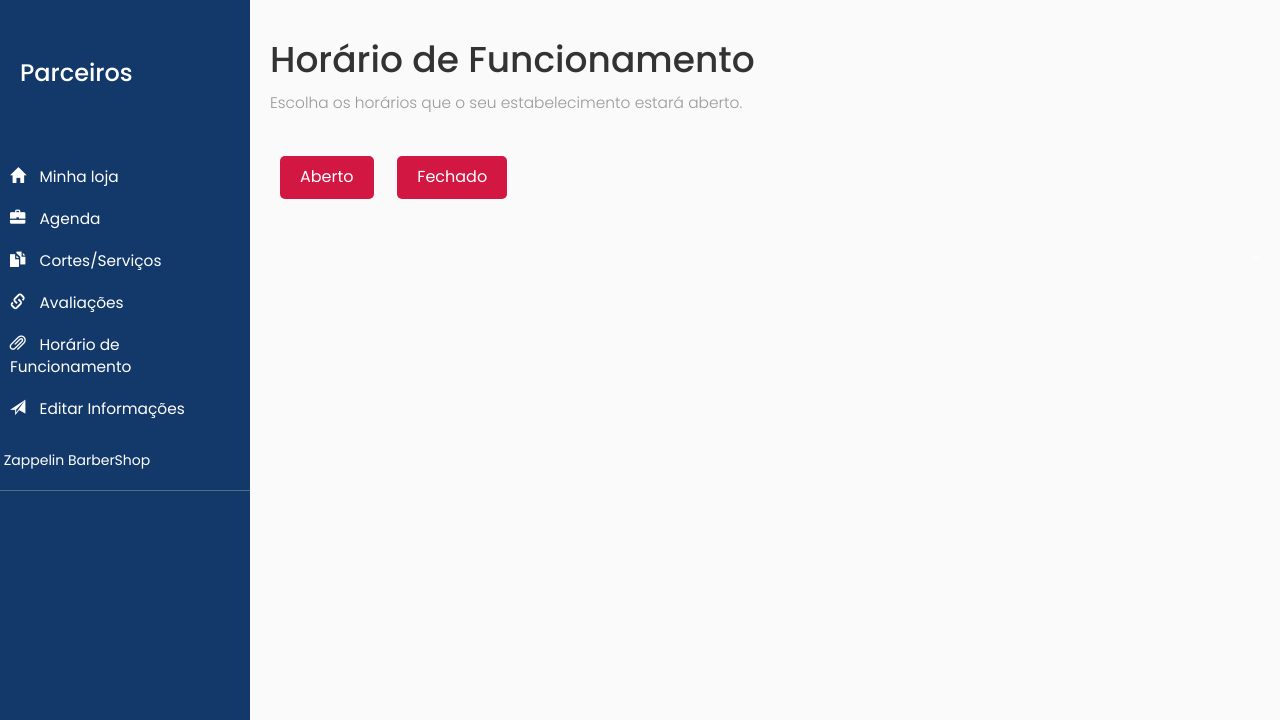
Repository: aquilesascar/barberconnect
Page: http://localhost/horario.php
The author's editor kept a copy of each file at every save. The page is drawn from the files as they stood at one save, then again after a run of saves.
The browser window is 1280 px wide. The pictures show the whole page.
The pointer rests on the first visible `button`.
The page is run by PHP 8.4 with error messages shown; the project is at /var/www/html/.

Above is the page before, as saved 2023-10-09 14:21:24.

### horario.php
<!DOCTYPE html>
<html lang="en">

<head>
    <meta charset="UTF-8">
    <meta http-equiv="X-UA-Compatible" content="IE=edge">
    <meta name="viewport" content="width=device-width, initial-scale=1.0">
    <title>Document</title>

    <!-- Bootstrap CSS CDN -->
    <link rel="stylesheet" href="https://maxcdn.bootstrapcdn.com/bootstrap/3.3.7/css/bootstrap.min.css">
    <!-- Our Custom CSS -->
    <link rel="stylesheet" href="../TCC/assets/css/style4.css">
    <style>


    </style>

</head>

<body>
    <div class="wrapper">
        <?php
        //INCLUSÃO DO MENU
        include_once('menu.php');
        ?>
        <div id="content">

            <h1>Horário de Funcionamento</h1>
            <p>Escolha os horários que o seu estabelecimento estará aberto.</p>
            <br>

            <button id="botao1" onclick="selecionarBotao(1)">Aberto</button>

            <button id="botao2" onclick="selecionarBotao(2)">Fechado</button>

            <style>
                #botao1,
                #botao2 {
                    background-color: #D21742;
                    border: none;
                    color: white;
                    padding: 10px 20px;
                    text-align: center;
                    text-decoration: none;
                    display: inline-block;
                    font-size: 16px;
                    margin: 10px;
                    cursor: pointer;
                    border-radius: 5px;


                }

                #botao1.disabled,
                #botao2.disabled {
                    background-color: gray;
                    /* Cor de fundo cinza para botões desativados */
                    cursor: not-allowed;
                    /* Cursor de não permitido quando desativado */
                }
            </style>


        </div>
    </div>

    <script>
        function selecionarBotao(botaoSelecionado) {
            if (botaoSelecionado === 1) {
                document.getElementById('botao1').classList.add('disabled');
                document.getElementById('botao2').classList.remove('disabled');
            } else if (botaoSelecionado === 2) {
                document.getElementById('botao2').classList.add('disabled');
                document.getElementById('botao1').classList.remove('disabled');
            }
        }
    </script>



</body>

</html>

### menu.php
<nav id="sidebar">
    <div class="sidebar-header">
        <h3>Parceiros</h3>
        <strong>BC</strong>
    </div>

    <ul class="list-unstyled components">
        <li>
            <a href="index4.php">
                <i class="glyphicon glyphicon-home"></i>
                Minha loja
            </a>

        </li>
        <li>
            <a href="agenda.php">
                <i class="glyphicon glyphicon-briefcase"></i>
                Agenda
            </a>

            <a href="corteclassico.php" aria-expanded="false">
                <i class="glyphicon glyphicon-duplicate"></i>
                Cortes/Serviços
            </a>
        </li>
        <li>
            <a href="avaliacoes.php">
                <i class="glyphicon glyphicon-link"></i>
                Avaliações
            </a>
        </li>
        <li>
            <a href="horario.php">
                <i class="glyphicon glyphicon-paperclip"></i>
                Horário de Funcionamento
            </a>
        </li>
        <li>
            <a href="#">
                <i class="glyphicon glyphicon-send"></i>
                Editar Informações
            </a>
        </li>
        <li>
            <a href="#"></a>
            <i class="glyphicon glyphicon-logout"></i>
            Zappelin BarberShop
        </li>
    </ul>

</nav>

### assets/css/style4.css
@import "https://fonts.googleapis.com/css?family=Poppins:300,400,500,600,700";

.form-check form-switch {
    text-align: justify;
}

h2 {
    padding-top: 20px;
}

h3 {
    padding-bottom: 20px;
    padding-top: 20px;
}

#sidebarCollapse {
    display: flex;
    align-items: center;
    justify-content: center;
}

#sidebarCollapse:hover {

    background-color: #05234b;
    color: white;
    align-items: center;
}

#lorem{
    color: #fafafa;
    font-size: 14px;
    user-select: none; /* Evita a seleção de texto */
    cursor: default;   /* Mantém o cursor padrão */
}


.coverImg {
    display: flex;
    justify-content: center;
}

.cover {
    border-radius: 8px;
}

.images {
    padding-bottom: 6% !important;
}

.linha{
    padding-bottom: 3%;
}

.filtros button {
    align-items: center !important;
    justify-content: center;
    border-radius: 25px !important;
    padding: 5px 17px;
    background-color: transparent;
    border-color: #8c8c8c !important;
    color: #8c8c8c;
    font-size: 16px !important;
    margin-right: 20px;
    font-weight: 450;
}

.filtros button:hover {
    background-color: transparent !important;
    /* Remove a mudança de cor de fundo */
    border-color: #6a6a6a !important;
    /* Remove a mudança de cor da borda */
    color: #6a6a6a !important;
    /* Remove a mudança de cor do texto */
}

.btn-primary {
    align-items: center !important;
    justify-content: center;
    border-radius: 5px !important;
    background-color: transparent;
    border-color: #080808 !important;
    color: #8c8c8c;
    font-size: 13px;
    margin-right: 20px;
    font-weight: 450;
}

.btn-primary:hover {
    background-color: transparent !important;
    /* Remove a mudança de cor de fundo */
    border-color: #6a6a6a !important;
    /* Remove a mudança de cor da borda */
    color: #6a6a6a !important;
    /* Remove a mudança de cor do texto */
}

.filtros {
    padding-bottom: 1%;

}

.divForm {
    margin-left: 10%;
    margin-right: 10%;
    border-radius: 6px;
    background-color: white;
    position: relative;
}

.divTable {
    border-radius: 6px;
    background-color: white;
    position: relative;
    box-shadow: 0 4px 8px 0 rgba(0, 0, 0, 0.2);
}

.divTable table {
    width: 100%;
    border-collapse: collapse;
    font-family: Arial, sans-serif;
}

.divTable th {
    background-color: #13396B;
    color: white;
    padding: 10px;
    text-align: center;
}

.divTable td {
    padding: 18px;
    text-align: center;
    border-bottom: 1px solid #ddd;
}

.divTable tr:hover {
    background-color: #f5f5f5;
}

.divTable caption {
    caption-side: top;
    text-align: center;
    font-weight: bold;
}


.barberItem {
    box-sizing: border-box;
    width: calc(100% / 3 - 10px);
    height: 200px;
    display: inline-block;
    position: relative;
    border-radius: 15px; /* Adiciona bordas arredondadas */
    box-shadow: 0 4px 8px 0 rgba(0,0,0,0.2); /* Adiciona sombra */
    transition: transform 0.4s ease, box-shadow 0.2s ease;
    background-color: #ffffff; /* Adiciona cor de fundo */
    padding: 10px 20px;
    margin-right: 6px;
    margin-bottom: 20px; /* Espaçamento entre as linhas */
}

.barberItem:hover {
    border-color: #6a6a6a !important;
    cursor: pointer;
}

.barberItem p {
    padding-left: 15%;
    font-size: 20px !important;
    padding-bottom: 20% !important;
    display: inline-block !important;
}

.barberText {
    margin-left: 85px;
    font-size: 24px;
    align-items: center;
    position: relative;
    top: -78px;
}

.description {
    padding-top: 4%;
}

.itemDescription {
    color: #8c8c8c;
    display: block;
    padding-bottom: 5%;
}

.price {
    padding-top: 5%;
    font-weight: 700;
    font-size: 20px;
}

.infos {
    position: relative;
    top: -1px;
    display: flex;
    justify-content: space-between;
    /* Isso substituirá a necessidade de float: right; */
}

.rightInfo {
    clear: both;
}

.itemName {
    font-size: 20px;
    font-weight: 600;
    position: relative;
}

.bi-star-fill {
    font-size: 16px;

}

.barberInfo {
    padding-top: 5%;
    font-size: 16px;
}

.avaliacao {
    color: rgb(255, 213, 0);
    text-decoration: underline;
    transition: color 0.2s ease;
}

.avaliacao:hover {
    cursor: pointer;
    color: rgb(251, 209, 0);
}

.distancia {
    color: rgba(0, 0, 0, 0.45);
}

.barberText {
    padding-top: 3px;
    font-size: 16px;
}

.barberName {
    font-size: 24px;
    font-weight: 700;
    position: relative;

}

.images img {
    padding-right: 3% !important;
}

body {
    font-family: 'Poppins', sans-serif;
    background: #fafafa;
}

p {
    font-family: 'Poppins', sans-serif;
    font-size: 1.1em;
    font-weight: 300;
    line-height: 1.7em;
    color: #999;
}

a,
a:hover,
a:focus {
    color: inherit;
    text-decoration: none;
    transition: all 0.3s;
}

.navbar {
    padding: 15px 10px;
    background: #fff;
    border: none;
    border-radius: 0;
    margin-bottom: 40px;
    box-shadow: 1px 1px 3px rgba(0, 0, 0, 0.1);
}

.minImg {
    position: absolute;
    right: 0;
    top: 50%;
    transform: translateY(-50%);
    padding-right: 5%;

}


.images img {
    padding-right: 3% !important;
}

.navbar-btn {
    box-shadow: none;
    outline: none !important;
    border: none;
    color: #ffffff;
    background-color: #13396B;
}

.line {
    width: 100%;
    height: 1px;
    border-bottom: 1px dashed #ddd;
    margin: 40px 0;
}

i,
span {
    display: inline-block;
}

/* ---------------------------------------------------
    SIDEBAR STYLE
----------------------------------------------------- */
.wrapper {
    display: flex;
    height: 100%;
    /*align-items: stretch;*/
}

#agenda {
    background-color: #13396B !important;
    color: white;
    cursor: default;
}

#thData:hover {
    cursor: pointer;
}

#sidebar {
    min-width: 250px;
    max-width: 250px;
    background: #13396B;
    color: #ffffff;
    transition: all 0.3s;
}

#sidebar.active {
    min-width: 80px;
    max-width: 80px;
    text-align: center;
}

#sidebar.active .sidebar-header h3,
#sidebar.active .CTAs {
    display: none;
}

#sidebar.active .sidebar-header strong {
    display: block;
}

#sidebar ul li a {
    text-align: left;
}

#sidebar.active ul li a {
    padding: 20px 10px;
    text-align: center;
    font-size: 0.85em;
}

#sidebar.active ul li a i {
    margin-right: 0;
    display: block;
    font-size: 1.8em;
    margin-bottom: 5px;
}

#sidebar.active ul ul a {
    padding: 10px !important;
}

#sidebar.active a[aria-expanded="false"]::before,
#sidebar.active a[aria-expanded="true"]::before {
    top: auto;
    bottom: 5px;
    right: 50%;
    -webkit-transform: translateX(50%);
    -ms-transform: translateX(50%);
    transform: translateX(50%);
}

#sidebar .sidebar-header {
    padding: 20px;
    background: #13396B;
}

#sidebar .sidebar-header strong {
    display: none;
    font-size: 1.8em;
}

#sidebar ul.components {
    padding: 20px 0;
    border-bottom: 1px solid #47748b;
}

#sidebar ul li a {
    padding: 10px;
    font-size: 1.1em;
    display: block;
}

#sidebar ul li a:hover {
    color: #13396B;
    background: #fff;
}

#sidebar ul li a i {
    margin-right: 10px;
}

#sidebar ul li.active>a,
a[aria-expanded="true"] {
    color: #fff;
    background: #13396B;
}


a[data-toggle="collapse"] {
    position: relative;
}

a[aria-expanded="false"]::before,
a[aria-expanded="true"]::before {
    content: '\e259';
    display: block;
    position: absolute;
    right: 20px;
    font-family: 'Glyphicons Halflings';
    font-size: 0.6em;
}

a[aria-expanded="true"]::before {
    content: '\e260';
}


ul ul a {
    font-size: 0.9em !important;
    padding-left: 30px !important;
    background: #13396B;
}

ul.CTAs {
    padding: 20px;
}

ul.CTAs a {
    text-align: center;
    font-size: 0.9em !important;
    display: block;
    border-radius: 5px;
    margin-bottom: 5px;
}

a.download {
    background: #13396B;
    color: #13396B;
}

a.article,
a.article:hover {
    background: #13396B !important;
    color: #fff !important;
}

#imgCorte {
    width: 100px;
}

/* ---------------------------------------------------
    CONTENT STYLE
----------------------------------------------------- */
#content {
    padding: 20px;
    min-height: 100vh;
    transition: all 0.3s;
}


/* ---------------------------------------------------
    MEDIAQUERIES
----------------------------------------------------- */
@media (max-width: 768px) {
    #sidebar {
        min-width: 80px;
        max-width: 80px;
        text-align: center;
        margin-left: -80px !important;
    }

    a[aria-expanded="false"]::before,
    a[aria-expanded="true"]::before {
        top: auto;
        bottom: 5px;
        right: 50%;
        -webkit-transform: translateX(50%);
        -ms-transform: translateX(50%);
        transform: translateX(50%);
    }

    #sidebar.active {
        margin-left: 0 !important;
    }

    #sidebar .sidebar-header h3,
    #sidebar .CTAs {
        display: none;
    }

    #sidebar .sidebar-header strong {
        display: block;
    }

    #sidebar ul li a {
        padding: 20px 10px;
    }

    #sidebar ul li a span {
        font-size: 0.85em;
    }

    #sidebar ul li a i {
        margin-right: 0;
        display: block;
    }

    #sidebar ul ul a {
        padding: 10px !important;
    }

    #sidebar ul li a i {
        font-size: 1.3em;
    }

    #sidebar {
        margin-left: 0;
    }

    #sidebarCollapse span {
        display: none;
    }
}

After the next 2 saves:
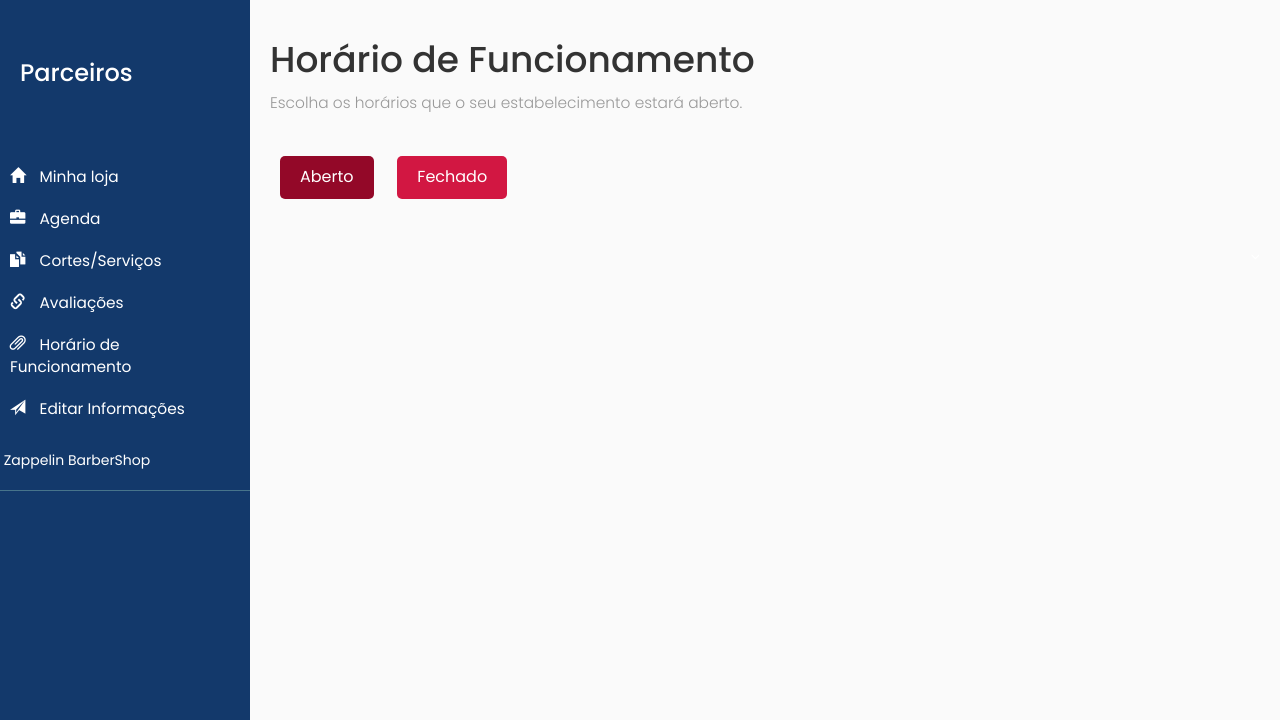
The 2 saves are shown as one change because they came seconds apart.
The last was saved 17 s later.
--- a/horario.php
+++ b/horario.php
@@ -52,6 +52,12 @@
 
                 }
 
+                button:hover {
+    cursor: pointer;
+    background-color: #930828 !important;
+    transition: 0.3s;
+}
+
                 #botao1.disabled,
                 #botao2.disabled {
                     background-color: gray;

After the 2 saves that followed:
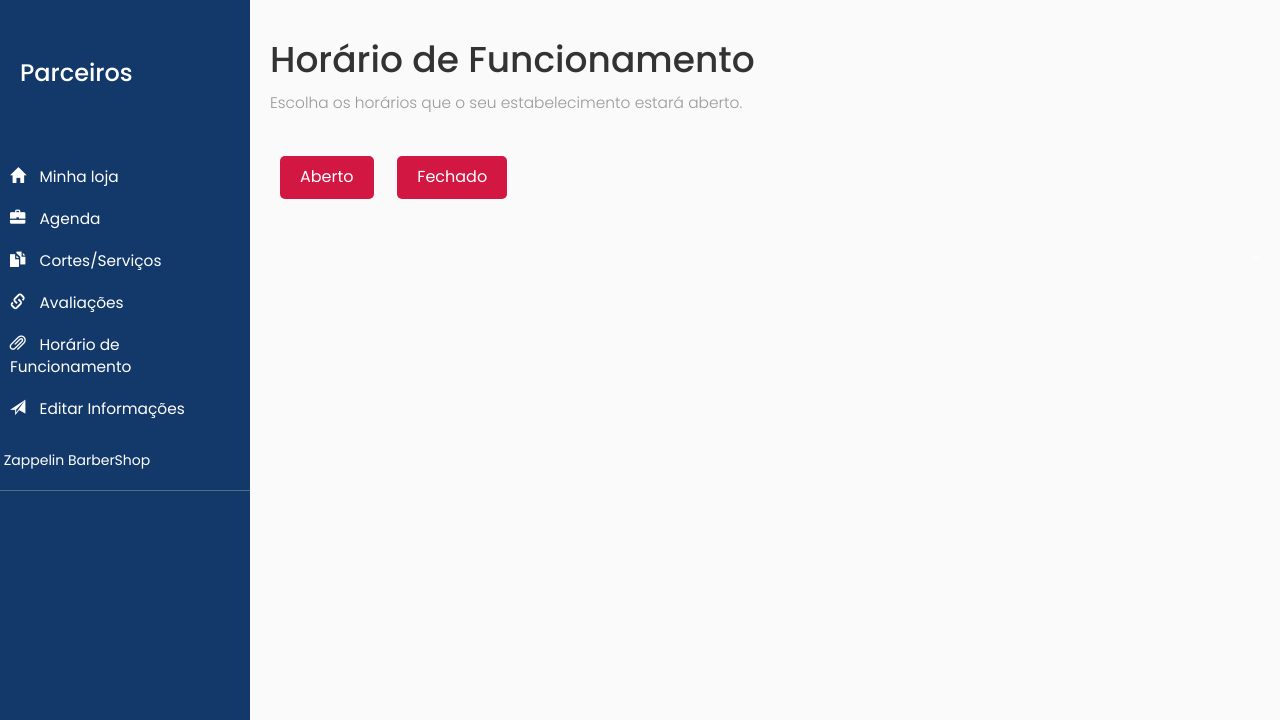
The 2 saves are shown as one change because 1 left the picture as it was.
The last was saved 73 s later.
--- a/horario.php
+++ b/horario.php
@@ -52,12 +52,6 @@
 
                 }
 
-                button:hover {
-    cursor: pointer;
-    background-color: #930828 !important;
-    transition: 0.3s;
-}
-
                 #botao1.disabled,
                 #botao2.disabled {
                     background-color: gray;
